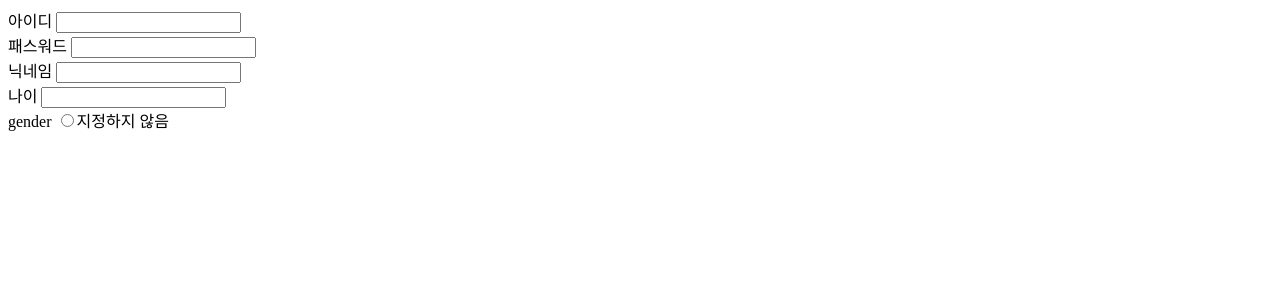
Repository: HwangEojin/homework
Page: http://localhost/day04_mybatis/
The author's editor kept a copy of each file at every save. The page is drawn from the files as they stood at one save, then again after the next save.
The browser window is 1280 px wide. The pictures show the whole page.
The page is served by Tomcat 9. Other server files are loaded and not shown.

Above is the page before, as saved 2025-01-15 02:07:00.

### week09/day04_mybatis/src/main/webapp/index.jsp
<%@ page language="java" contentType="text/html; charset=UTF-8"
	pageEncoding="UTF-8"%>
<!DOCTYPE html>
<html>
<head>
<meta charset="UTF-8">
<title>Insert title here</title>
</head>

<body>


	<form action="MyServlet" method="get">
		<label>
			아이디
			<input type="text"></input><br>
		</label>

		<label>
			패스워드
			<input type="password"></input><br>
		</label>

		<label>
			닉네임
			<input type="text"></input><br>
		</label>

		<label>
			나이
			<input type="text"></input><br>
		</label>

		<label>
			gender
			<input type="radio">지정하지 않음</input><br>
		</label>

	</form>

</body>
</html>

After the next save:
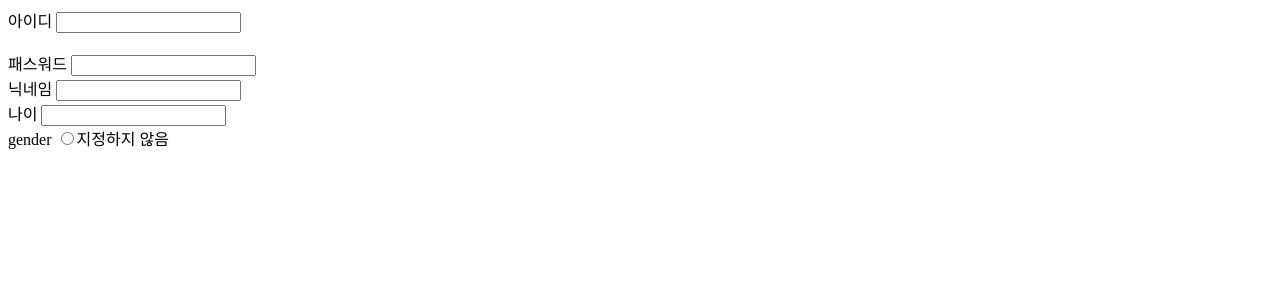
Saved 14 s later.
--- a/week09/day04_mybatis/src/main/webapp/index.jsp
+++ b/week09/day04_mybatis/src/main/webapp/index.jsp
@@ -14,7 +14,7 @@
 		<label>
 			아이디
 			<input type="text"></input><br>
-		</label>
+		</label><br>
 
 		<label>
 			패스워드

After the save that followed:
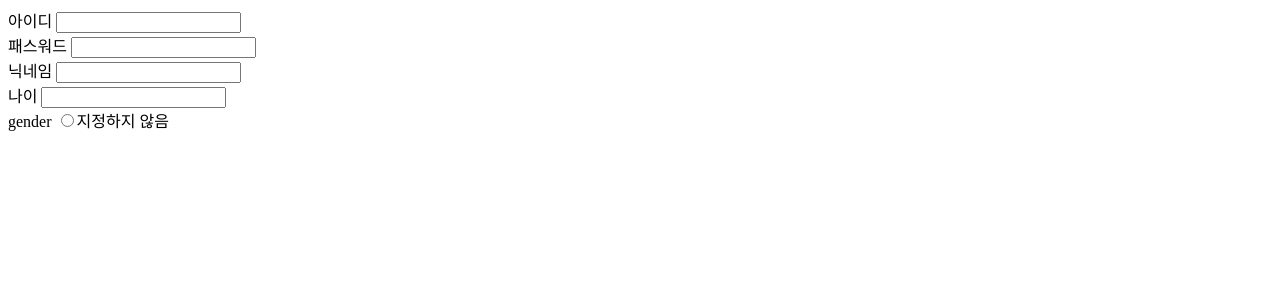
Saved 15 s later.
--- a/week09/day04_mybatis/src/main/webapp/index.jsp
+++ b/week09/day04_mybatis/src/main/webapp/index.jsp
@@ -14,7 +14,7 @@
 		<label>
 			아이디
 			<input type="text"></input><br>
-		</label><br>
+		</label>
 
 		<label>
 			패스워드
